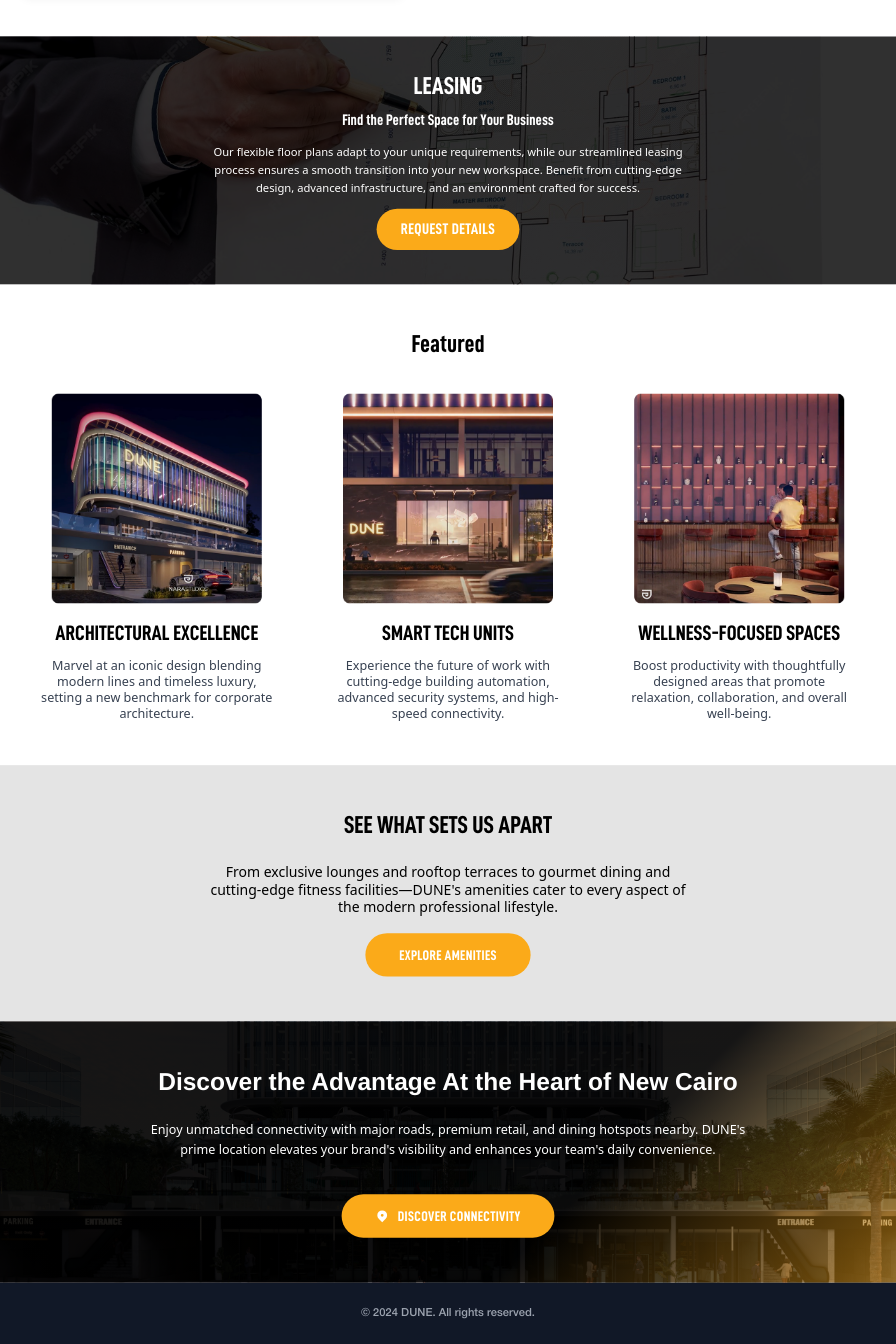
Repository: ahmedassr5765/dune
Page: index.html
These files come from the project's save history. The page is drawn as it stood at one moment and after the next save; the edit follows.
The browser window is 1280 px wide. The pictures show the part of the page from y = 2053 to 3973 px (the page is 3973 px tall), at 70% of full size.
Some web libraries are served in a nearby version.

Above is the page before, as saved 2025-07-12 19:20:41.

After the next save:
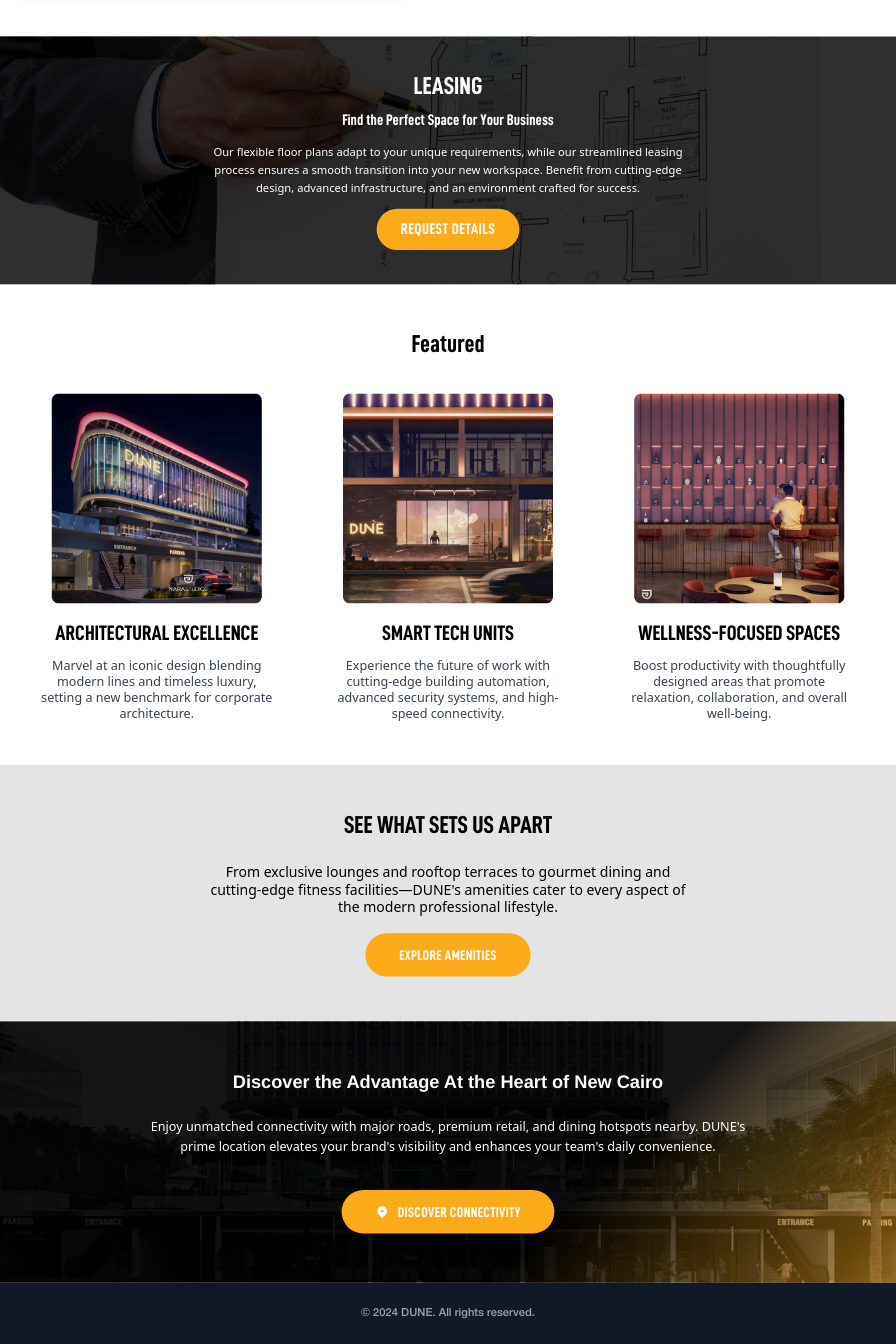
Saved 10 s later.
--- a/index.html
+++ b/index.html
@@ -407,7 +407,7 @@
             <div class="max-w-5xl mx-auto">
 
                 <!-- Main Heading -->
-                <h2 class="text-white font-bold font-helvetica text-[35px] mb-8 leading-tight discover-main-title"
+                <h2 class="text-white font-bold font-helvetica text-[26px] mb-8 leading-tight discover-main-title"
                     data-en="Discover the Advantage At the Heart of New Cairo"
                     data-ar="اكتشف الميزة في قلب القاهرة الجديدة">
                     Discover the Advantage At the Heart of New Cairo
